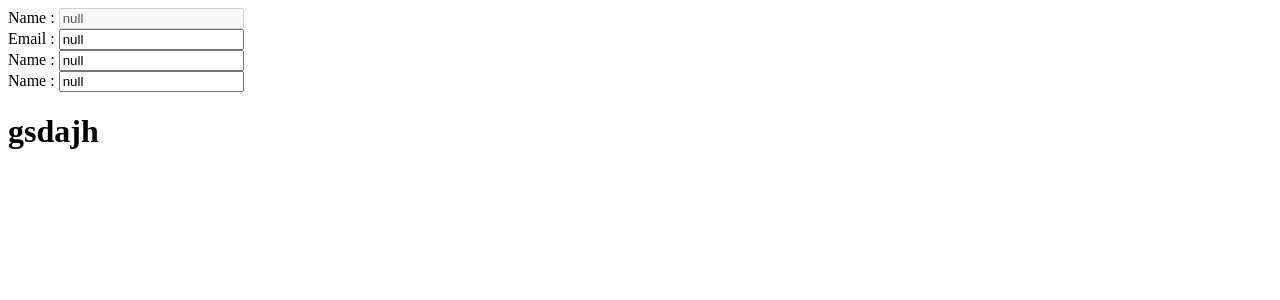
Repository: Ramakrishnmagadum/Servlet
Page: http://localhost/JSP_CRUD_Project/edituser.jsp
An editor plug-in stored every save of this project. The page is shown before and after the next save, followed by the edit.
The browser window is 1280 px wide. The pictures show the whole page.
The page is served by Tomcat 9. Queries for data that is not in the repository find no rows.

Above is the page before, as saved 2025-02-28 17:47:36.

After the next save:
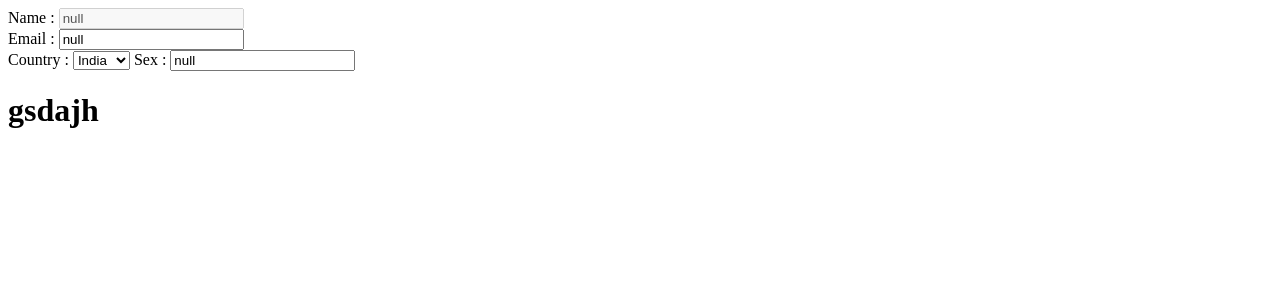
Saved 118 s later.
--- a/JSP_CRUD_Project/src/main/webapp/edituser.jsp
+++ b/JSP_CRUD_Project/src/main/webapp/edituser.jsp
@@ -18,9 +18,13 @@ String sex =bean.getSex();
 %>
 <form action="edituser2.jsp" method="post">
 Name : <input type="text" name="name" value="<%=name2%>" disabled="disabled"><br>
-Email : <input type="text" name="name" value="<%=email%>" ><br>
-Name : <input type="text" name="name" value="<%=country%>" ><br>
-Name : <input type="text" name="name" value="<%=sex%>" >
+Email : <input type="text" name="email" value="<%=email%>" ><br>
+Country : <select name="country" value="<%=country%>">
+<option>India</option>
+<option>Pak</option>
+<option>China</option>
+</select>
+Sex : <input type="text" name="name" value="<%=sex%>" >
 </form>
 <h1>gsdajh</h1>
 
